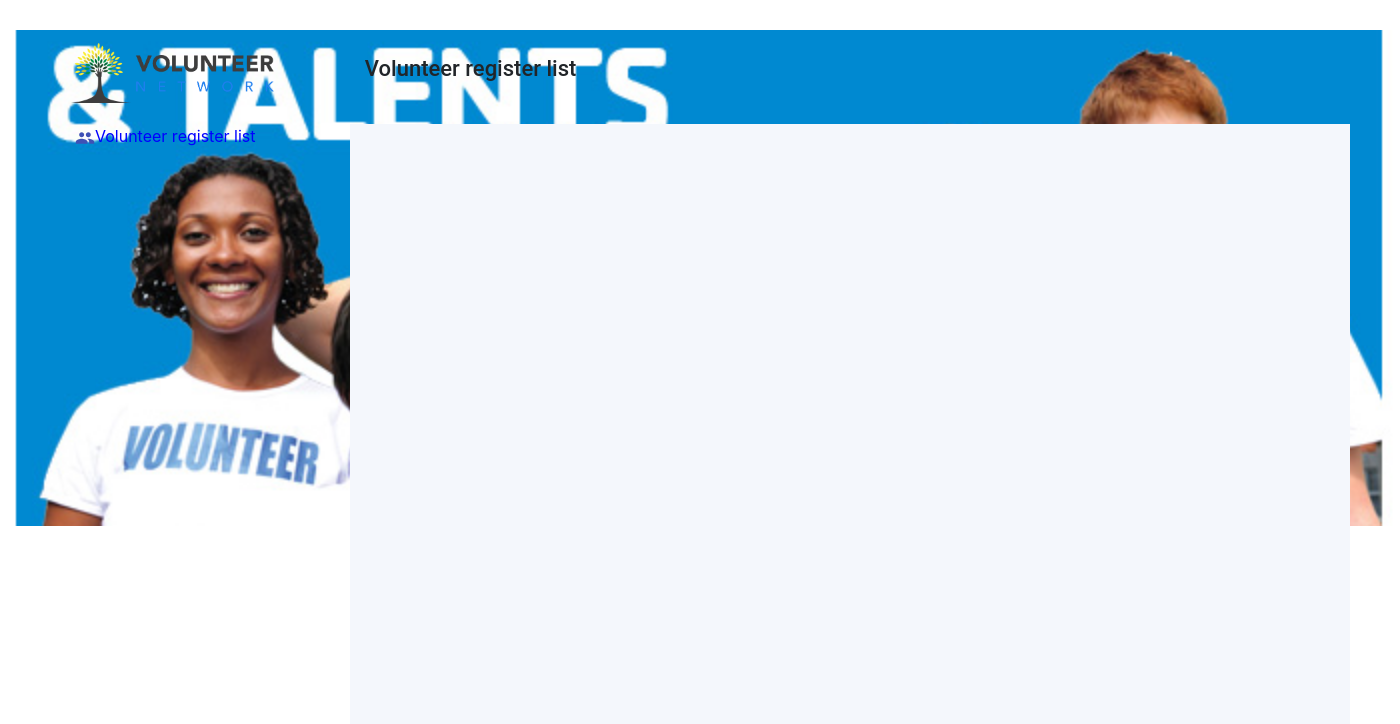
Repository: MdTahsinAmin/volunteer-network-client
Page: /adminPanel
These files come from the project's save history. The page is drawn as it stood at one moment and after the next save; the edit follows.
The browser window is 1280 px wide. The page is 1400 px wide, so the pictures cover 1400 px, including what lies to the right of the window. The pictures show the whole page.
The project was rebuilt for these pictures with package versions that can differ from the ones it lists, and the page was loaded fresh each time.

Above is the page before, as saved 2020-10-04 23:46:45.

After the next save:
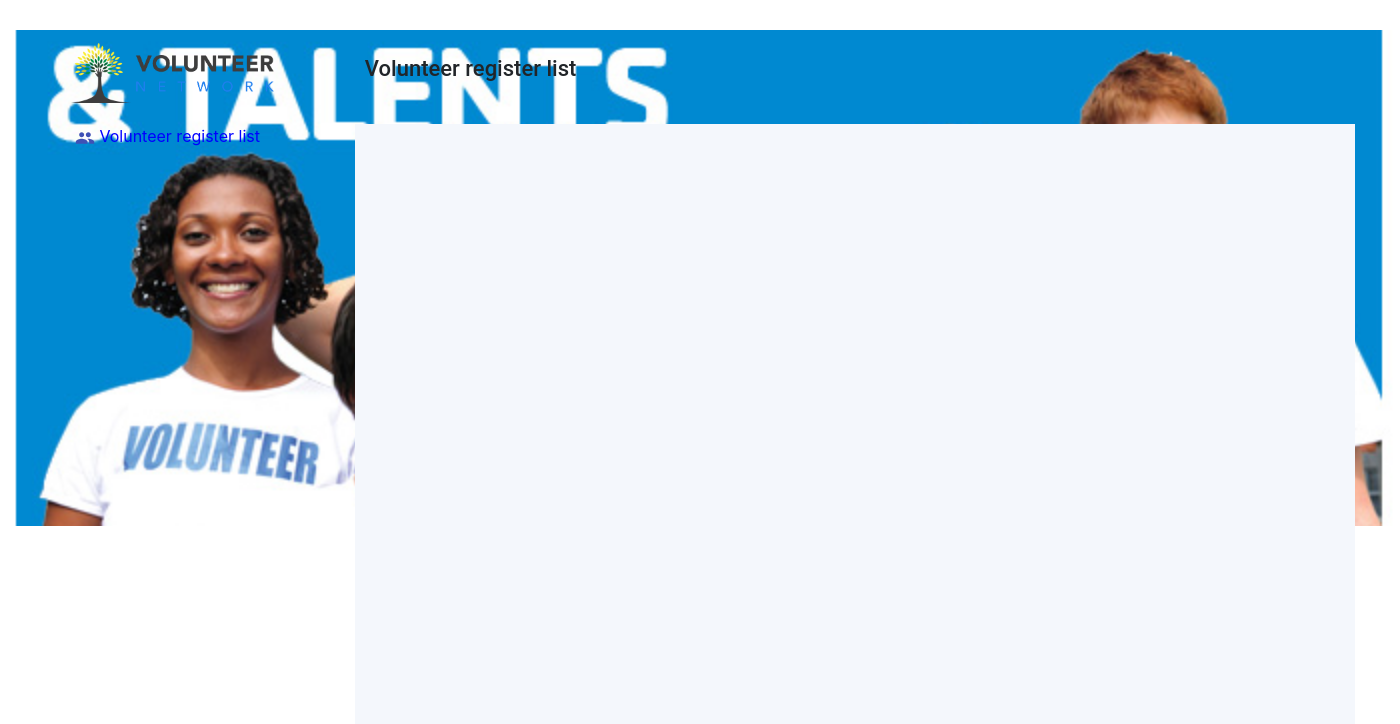
Saved 17 s later.
--- a/src/components/AdminPanel/AdminPanel.js
+++ b/src/components/AdminPanel/AdminPanel.js
@@ -7,7 +7,7 @@
         <div className="adminPanel-section">
             <div className="section-panel">
               <div className ='group-panel'>
-              <GroupIcon fontSize="small" color="primary"></GroupIcon>Volunteer register list
+              <GroupIcon fontSize="small" color="primary"></GroupIcon>  Volunteer register list
               </div>
             </div>
             <div className='Volunteer-list'>
